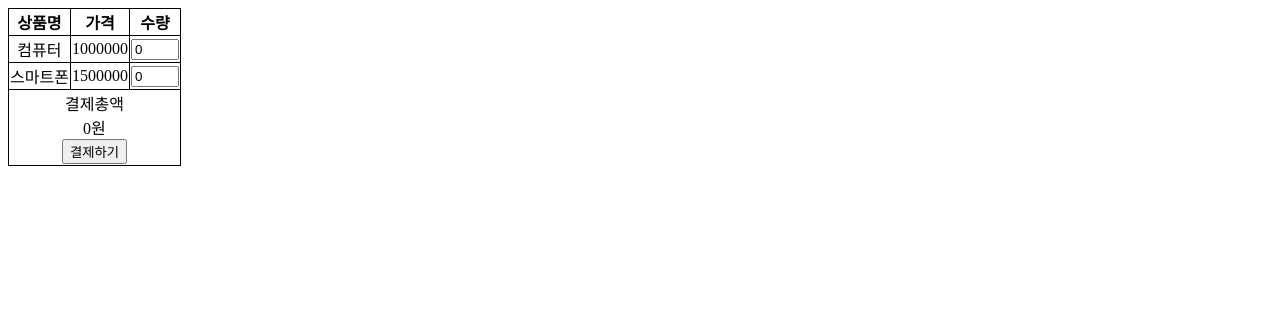
Repository: MySunTY/JSP
Page: http://localhost/JSP08/
An editor plug-in stored every save of this project. The page is shown before and after the next save, followed by the edit.
The browser window is 1280 px wide. The pictures show the whole page.
The page is served by Tomcat 9.

Above is the page before, as saved 2024-05-16 05:30:23.

### JSP08/src/main/webapp/index.jsp
<%@ page language="java" contentType="text/html; charset=utf-8"
    pageEncoding="utf-8"%>
<!DOCTYPE html>
	<html>
	<head>
		<meta charset="utf-8">
		<title>데이터 전송</title>
		<style>
			tr, th, td{
				border : 1px solid black;

			}
			table{
				border-collapse : collapse;
				text-align : center;
			}

		</style>
	</head>
	<body>
		<div id="wrap">
			<table>
				<thead>
				<tr>
					<th>상품명</th>
					<th>가격</th>
					<th>수량</th>
				</tr>
				</thead>
				<tbody>
				<tr>
					<td>컴퓨터</td>
					<td>1000000</td>
					<td>
						<input type="number" name="comNum" min="0" max="5" value="0">
					</td>

				</tr>
				<tr>
					<td>스마트폰</td>
					<td>1500000</td>
					<td>
						<input type="number" name="phoneNum" min="0" max="5" value="0">
					</td>


				</tr>
				</tbody>
				<tfoot>
					<tr rowspan="4">
						<td colspan="3">
							결제총액<br>
							0원<br>
							<input type="submit" value="결제하기">



						</td>

					</tr>
				</tfoot>
			</table>
		</div>
	</body>
</html>

After the next save:
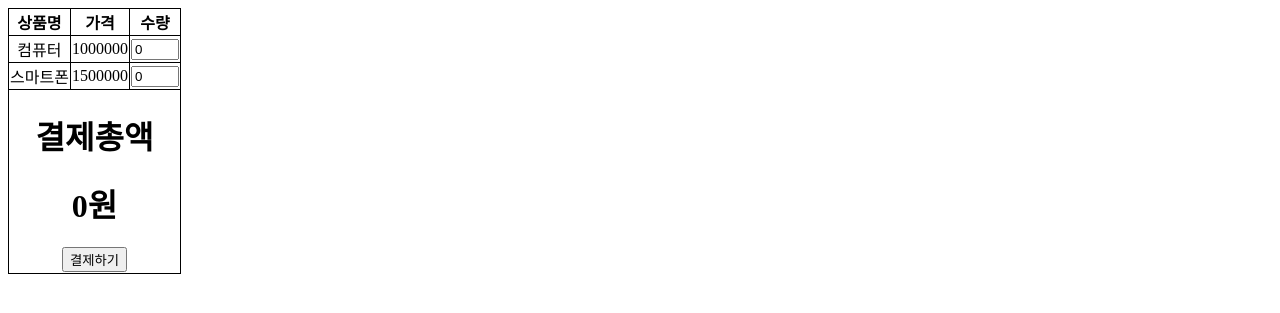
Saved 45 s later.
--- a/JSP08/src/main/webapp/index.jsp
+++ b/JSP08/src/main/webapp/index.jsp
@@ -49,8 +49,8 @@
 				<tfoot>
 					<tr rowspan="4">
 						<td colspan="3">
-							결제총액<br>
-							0원<br>
+							<h1>결제총액</h1>
+							<h1>0원</h1>
 							<input type="submit" value="결제하기">
 
 
